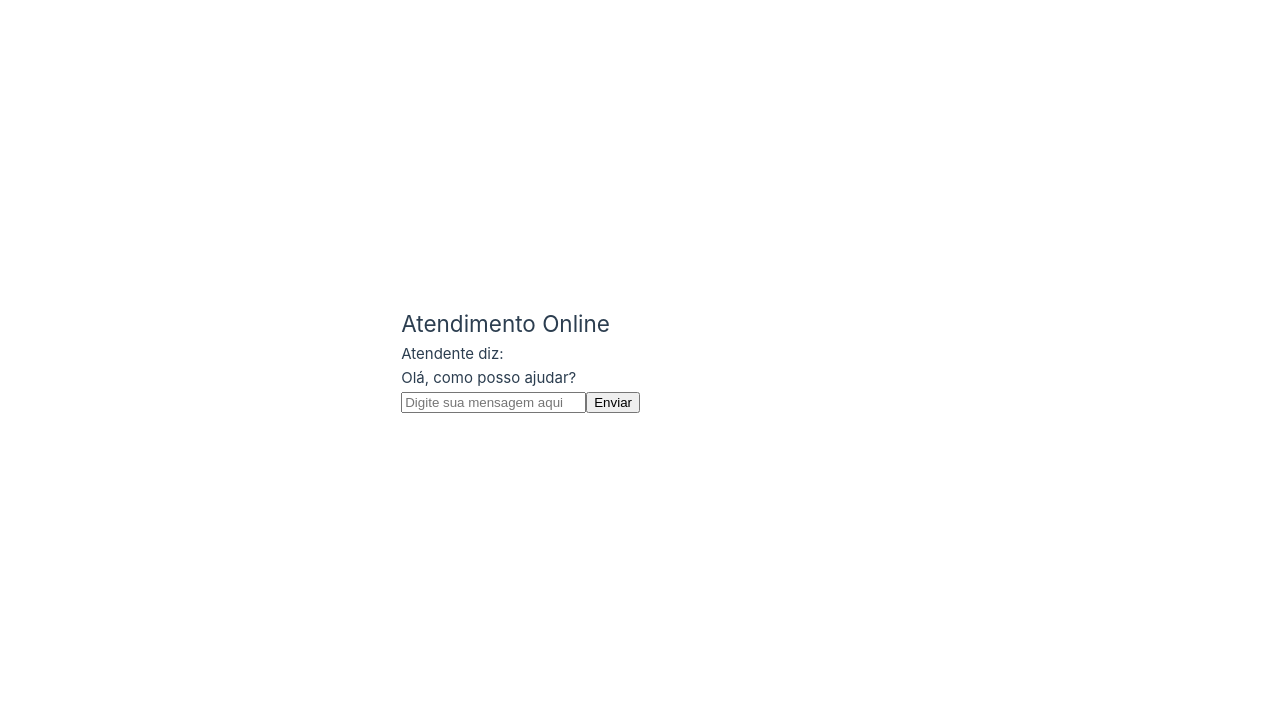
Repository: GabrielGuinzani/vueChat
Page: /
The author's editor kept a copy of each file at every save. The page is drawn from the files as they stood at one save, then again after the next save.
The browser window is 1280 px wide. The pictures show the whole page.
Some web libraries are served in a nearby version. The project was rebuilt for these pictures with package versions that can differ from the ones it lists, and the page was loaded fresh each time. Also part of the build but not shown: vite.config.js.

Above is the page before, as saved 2023-04-18 21:51:24.

### index.html
<!-- <!DOCTYPE html>
<html lang="en">
  <head>
    <meta charset="UTF-8">
    <link rel="icon" href="/favicon.ico">
    <meta name="viewport" content="width=device-width, initial-scale=1.0">
    <title>Vite App</title>
  </head>
  <body>
    <div id="app"></div>
    <script type="module" src="/src/main.js"></script>
  </body>
</html> -->


<!-- <!DOCTYPE html>
<html lang="PT-BR">
<head>
  <meta charset="UTF-8">
  <title>Vue Chat App</title>
  <script src="https://unpkg.com/vue@3.2.6/dist/vue.global.js"></script>
</head>
<body>
  <div id="app">
    <chat></chat>
  </div>

  <script type="module" src="/src/main.js"></script>
</body>
</html> -->
<!DOCTYPE html>
<html lang="pt-br">
<head>
  <meta charset="UTF-8">
  <title>Vue Chat App</title>
  <script src="https://unpkg.com/vue@3.2.6/dist/vue.global.js"></script>
</head>
<body>
  <div id="app">
  </div>

  <script type="module" src="/src/main.js"></script>
</body>
</html>

### src/App.vue
<!-- <script setup>
import HelloWorld from './components/HelloWorld.vue'
import TheWelcome from './components/TheWelcome.vue'
</script>

<template>
  <header>
    <img alt="Vue logo" class="logo" src="./assets/logo.svg" width="125" height="125" />

    <div class="wrapper">
      <HelloWorld msg="You did it!" />
    </div>
  </header>

  <main>
    <TheWelcome />
  </main>
</template>

<style scoped>
header {
  line-height: 1.5;
}

.logo {
  display: block;
  margin: 0 auto 2rem;
}

@media (min-width: 1024px) {
  header {
    display: flex;
    place-items: center;
    padding-right: calc(var(--section-gap) / 2);
  }

  .logo {
    margin: 0 2rem 0 0;
  }

  header .wrapper {
    display: flex;
    place-items: flex-start;
    flex-wrap: wrap;
  }
}
</style> -->

<!--
<template>
  <div id="chat-screen">
    <div class="titulo">
      <h2>Atendimento Online</h2>
    </div>
    <div class="messages-list" id="conversa">
  </div>


    <div class="messages-list" ref="messagesList">
      <div v-for="(message, index) in messages" :key="index" :class="[message.type === 'user' ? 'message-item2' : 'message-item']">
        <div class="msg-user" v-if="message.type === 'user'"><strong>{{ message.author }} diz:</strong>
        </div>
        <div class="msg-chat">{{ message.text }}
        </div>

      </div>
    </div>
    <form id="form-chat-send" @submit.prevent="sendMessage">
      <input id="message" type="text" class="typebar" v-model="messageText" placeholder="Digite sua mensagem aqui">
      <button type="submit" class="botao">Enviar</button>
    </form>
  </div>
</template> -->

<template>
  <div id="chat-screen">
    <div class="titulo">
      <h2>Atendimento Online</h2>
    </div>
    <div class="messages-list" ref="messagesList">
      <div class="message-item message-fixed">
        <div class="msg-user"><strong>Atendente diz:</strong></div>
        <div class="msg-chat">Olá, como posso ajudar?</div>
      </div>
      <div v-for="(message, index) in messages" :key="index" :class="[message.type === 'user' ? 'message-item2' : 'message-item']">
        <div class="msg-user" v-if="message.type === 'user'"><strong>{{ message.author }} diz:</strong></div>
        <div class="msg-chat">{{ message.text }}</div>
      </div>
    </div>
    <form id="form-chat-send" @submit.prevent="sendMessage">
      <input id="message" type="text" class="typebar" v-model="messageText" placeholder="Digite sua mensagem aqui">
      <button type="submit" class="botao">Enviar</button>
    </form>
  </div>
</template>


<script>
export default {
  data() {
    return {
      messages: [],
      messageText: ''
    }
  },
  methods: {
    sendMessage() {
      const messageText = this.messageText.trim();
      if (messageText !== '') {
        this.messages.push({
          type: 'user',
          author: 'Você',
          text: messageText
        });
        this.messageText = '';
        this.$nextTick(() => {
          this.scrollToBottom();
        });
      }
    },
    scrollToBottom() {
      this.$refs.messagesList.scrollTop = this.$refs.messagesList.scrollHeight;
    }
  }
}
</script>
<!--
<style>
    html {
      box-sizing: border-box;
      font-size: 16px;
      font-family: 'Segoe UI', Tahoma, Geneva, Verdana, sans-serif;
    }

    *, *:before, *:after {
      box-sizing: inherit;
    }

    body, h1, h2, h3, h4, h5, h6, p, ol, ul {
      margin: 0;
      padding: 0;
      font-weight: normal;
    }

    ol, ul {
      list-style: none;
    }

    img {
      max-width: 100%;
      height: auto;
    }

    #form-chat-send {
      display: flex;
      align-items: center;
      margin-top: 20px;
    }

    .messages-list{
      margin: 15px 15px;
      padding-top: 15px;
      padding-bottom: 15px;
      overflow: auto;
      height: 400px;
    }

    /* width */
    ::-webkit-scrollbar {
      width: 8px;
    }

    /* Track */
    ::-webkit-scrollbar-track {
      background: #f1f1f1;
    }

    /* Handle */
    ::-webkit-scrollbar-thumb {
      background: #666;
      border-radius: 15px;
    }

    /* Handle on hover */
    ::-webkit-scrollbar-thumb:hover {
      background: #999;
    }

    body {
      font-family: Arial, sans-serif;
      background-color: #f9f9f9;
      margin: 0;
    }

    #chat-screen {
      max-width: 720px;
      margin: 5% auto 20px auto;
      padding: 20px;
      background-color: #fff;
      border-radius: 5px;
      box-shadow: 0 5px 10px rgba(0,0,0,.1);
    }

    .titulo {
      padding: 25px;
      display: flex;
      flex-direction: column;
      justify-content: center;
      text-align: center;
      margin-bottom: 20px;
      font-family: 'Segoe UI', Tahoma, Verdana, sans-serif;
      color: #666;
    }

    .titulo h2 {
      font-weight: bold;
      font-size: 24px;
    }

    .message-item {
      display: flex;
      flex-direction: column;
      margin-bottom: 20px;
      max-width: fit-content;
      margin-right: auto;
    }

    .message-item2 {
      display: flex;
      max-width: fit-content;
      flex-direction: column;
      justify-content: flex-end;
      margin-bottom: 20px;
      text-align: right;
      margin-left: auto;
      margin-right: 10px;
    }

    .msg-user {
      color: #666;
      font-size: 14px;
      margin-right: 10px;
      font-weight: bold;
      margin-bottom: 5px;
    }

    .msg-chat {
      background-color: #f1f1f1;
      padding: 10px;
      border-radius: 5px;
      font-size: 14px;
      overflow-wrap: break-word;
    }

    .typebar {
      flex: 1;
      padding: 10px;
      border: none;
      border-bottom: 2px solid #ddd;
    }
    .botao {
      background-color: #4caf50;
      color: white;
      padding: 10px 20px;
      border: none;
      border-radius: 5px;
      cursor: pointer;
      font-size: 14px;
      margin-left: 10px;
      transition: 0.6s;
  }

  .botao:hover {
      background-color: #3e8e41;
  }

  /* Adição para tornar a caixa do chat responsiva */
  @media only screen and (max-width: 768px) {
    #chat-screen {
      max-width: 90%;
    }

    .messages-list {
      height: 200px;
    }
  } -->
  #chat-screen {
    display: flex;
    flex-direction: column;
    height: 100vh;
    padding: 20px;
    box-sizing: border-box;
  }

  .titulo {
    text-align: center;
    margin-bottom: 20px;
  }

  .titulo h2 {
    font-size: 24px;
    font-weight: bold;
    color: #333;
    margin: 0;
  }

  .messages-list {
    flex: 1;
    overflow-y: auto;
  }

  .message-item {
    display: flex;
    margin-bottom: 10px;
  }

  .message-item2 {
    display: flex;
    margin-bottom: 10px;
    justify-content: flex-end;
  }

  .msg-user {
    font-weight: bold;
    margin-right: 10px;
  }

  .msg-chat {
    background-color: #f7f7f7;
    border-radius: 5px;
    padding: 10px;
  }

  .typebar {
    flex: 1;
    border: none;
    border-radius: 5px;
    padding: 10px;
    font-size: 16px;
    margin-right: 10px;
  }

  .botao {
    border: none;
    border-radius: 5px;
    background-color: #0077ff;
    color: #fff;
    padding: 10px;
    font-size: 16px;
    cursor: pointer;
    transition: background-color 0.3s ease-in-out;
  }

  .botao:hover {
    background-color: #005dff;
  }

Loaded but not shown: src/main.js (common file); src/assets/main.css (common file); src/assets/base.css (common file)

After the next save:
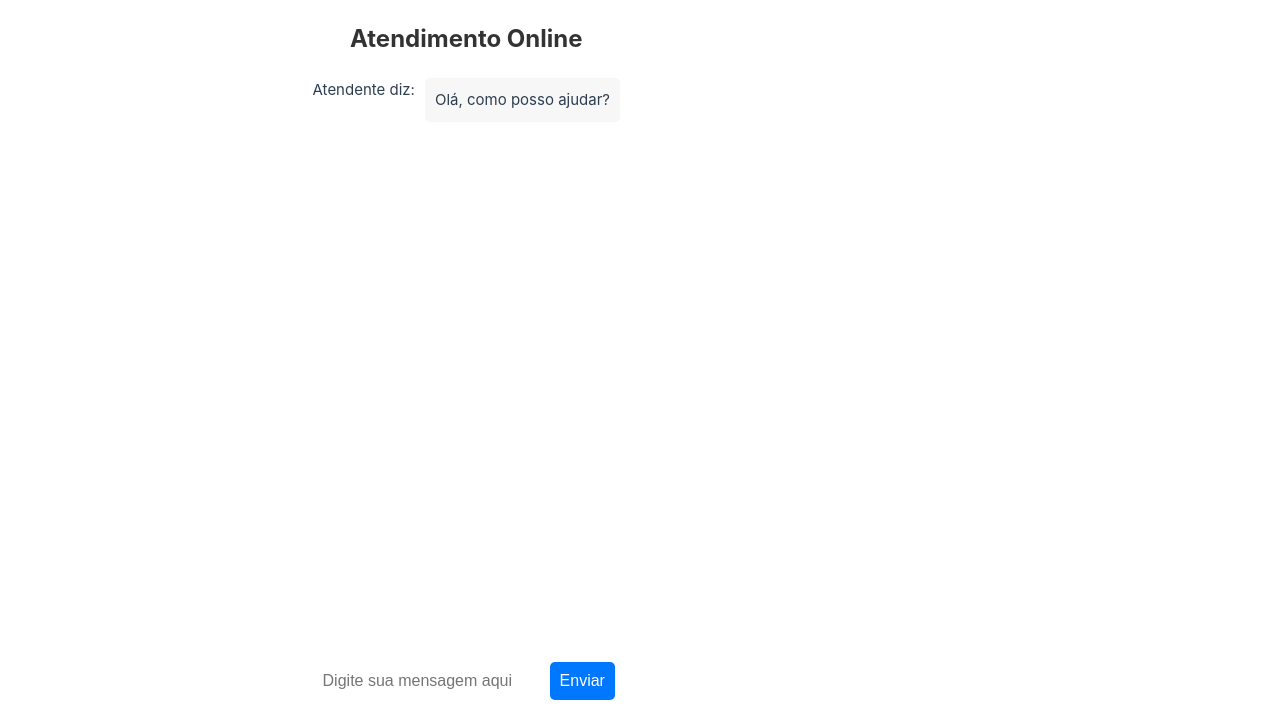
Saved 22 s later.
--- a/src/App.vue
+++ b/src/App.vue
@@ -284,6 +284,8 @@ export default {
       height: 200px;
     }
   } -->
+
+  <style>
   #chat-screen {
     display: flex;
     flex-direction: column;
@@ -354,3 +356,4 @@ export default {
   .botao:hover {
     background-color: #005dff;
   }
+</style>
